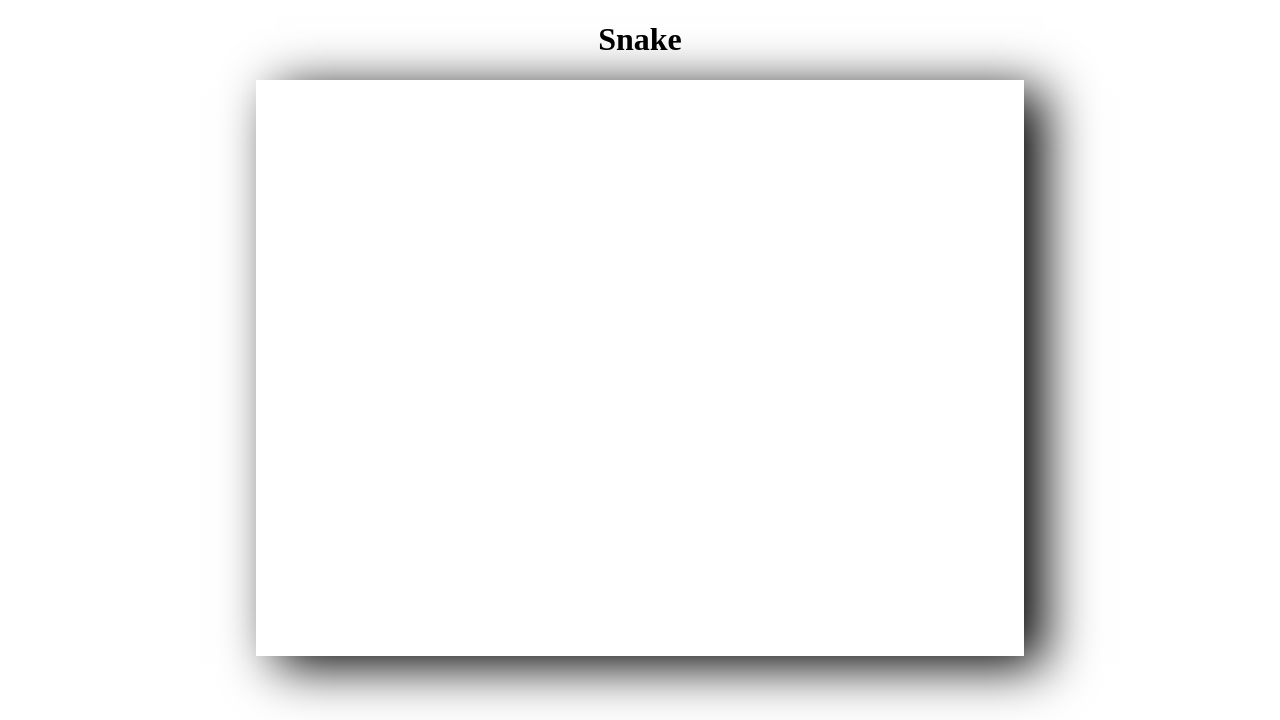
Repository: Ellisvelandia/snake
Page: index.html
The author's editor kept a copy of each file at every save. The page is drawn from the files as they stood at one save, then again after a run of saves.
The browser window is 1280 px wide. The pictures show the whole page.

Above is the page before, as saved 2022-08-26 22:22:01.

After the next 2 saves:
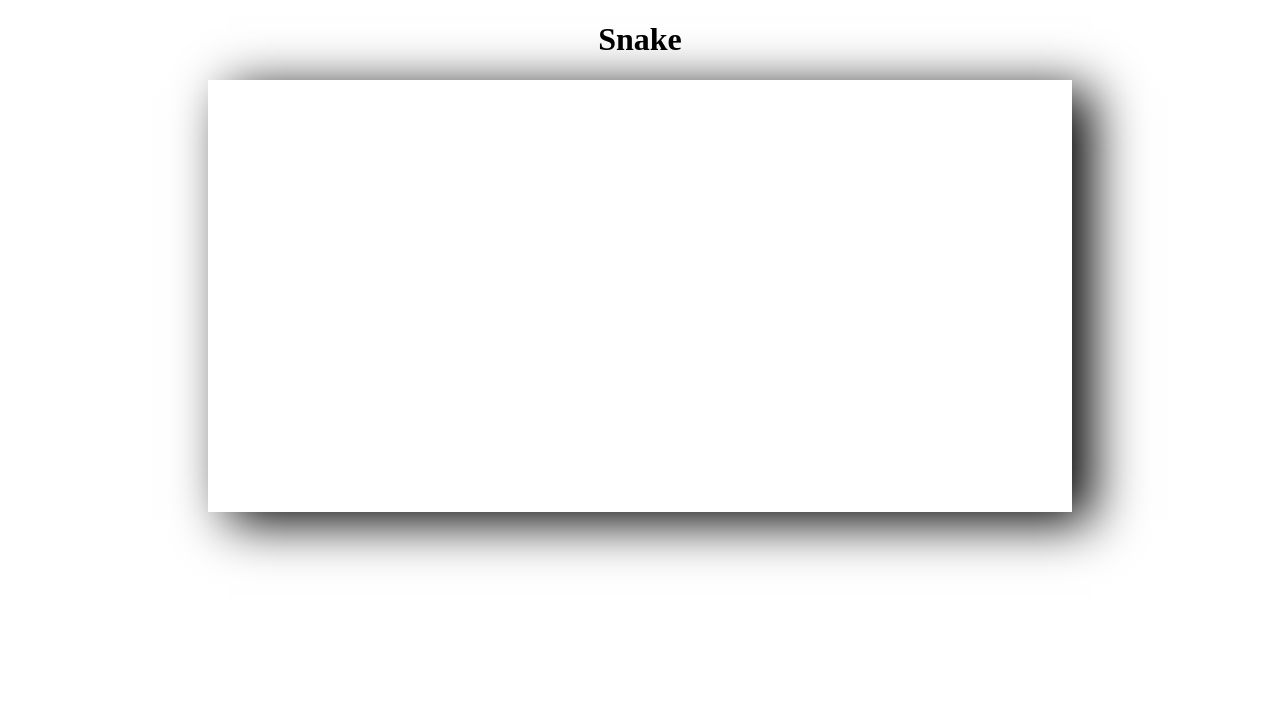
The 2 saves are shown as one change because they came seconds apart.
The last was saved 15 s later.
--- a/style.css
+++ b/style.css
@@ -9,6 +9,6 @@
 
 canvas {
   box-shadow: #000 20px 10px 50px;
-  max-width:  60vw;
-  height: 80vh;
+  max-width:  80vw;
+  height: 60vh;
 }
